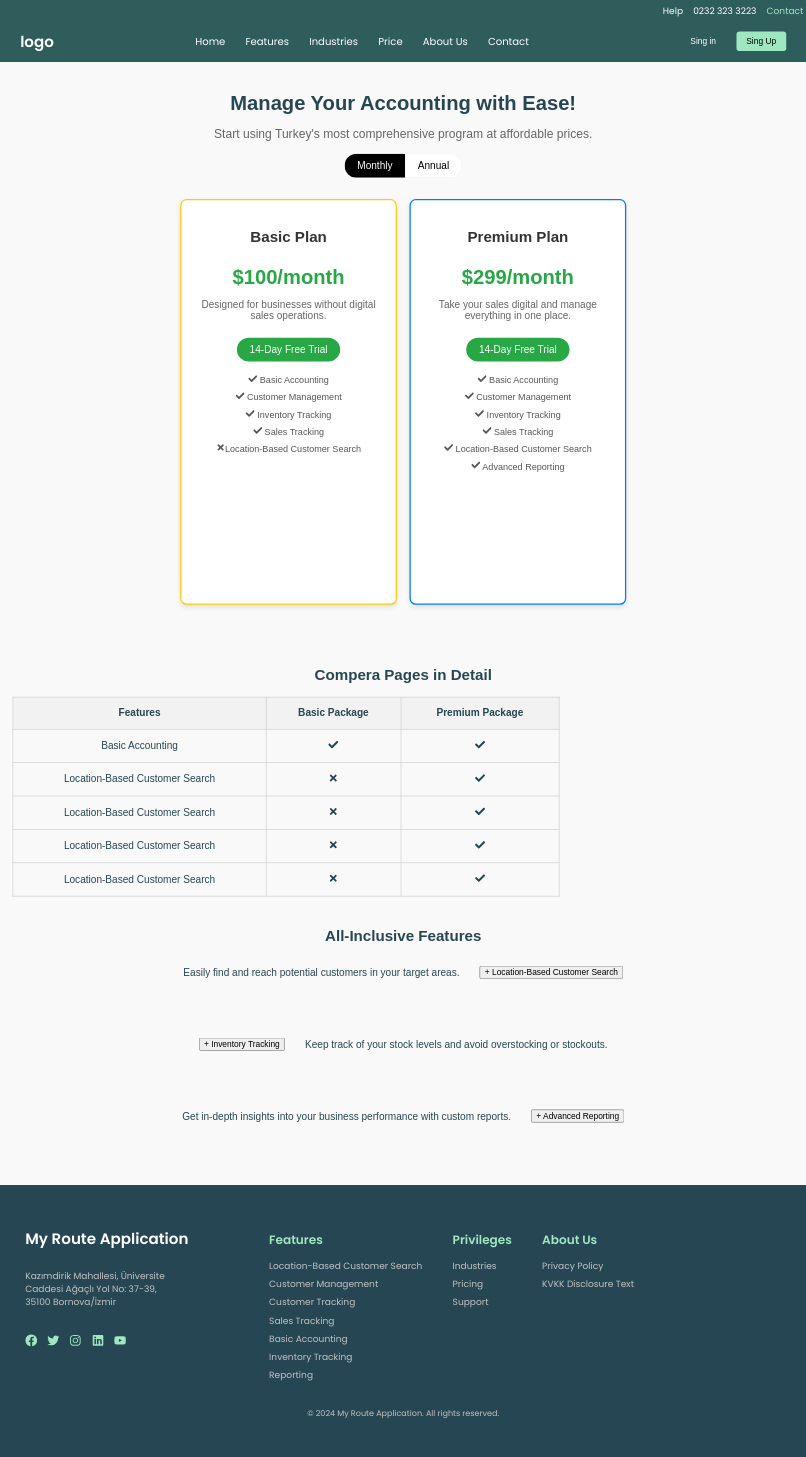
Repository: senolinanyasar/myrouteapplication
Page: /pricing
These files come from the project's save history. The page is drawn as it stood at one moment and after a run of saves; the edit follows.
The browser window is 1280 px wide. The pictures show the whole page, at 63% of full size.
The project was rebuilt for these pictures with package versions that can differ from the ones it lists, and the page was loaded fresh each time. Also part of the build but not shown: vite.config.js, src/components/HeroSection.css, src/components/HeroSection.js, src/components/FeaturesSection.js, src/components/PricingSection.css, src/components/PricingSection.js, src/components/SupportSection.css, src/components/SupportSection.js and 3 more.

Above is the page before, as saved 2024-11-16 21:44:40.

After the next 2 saves:
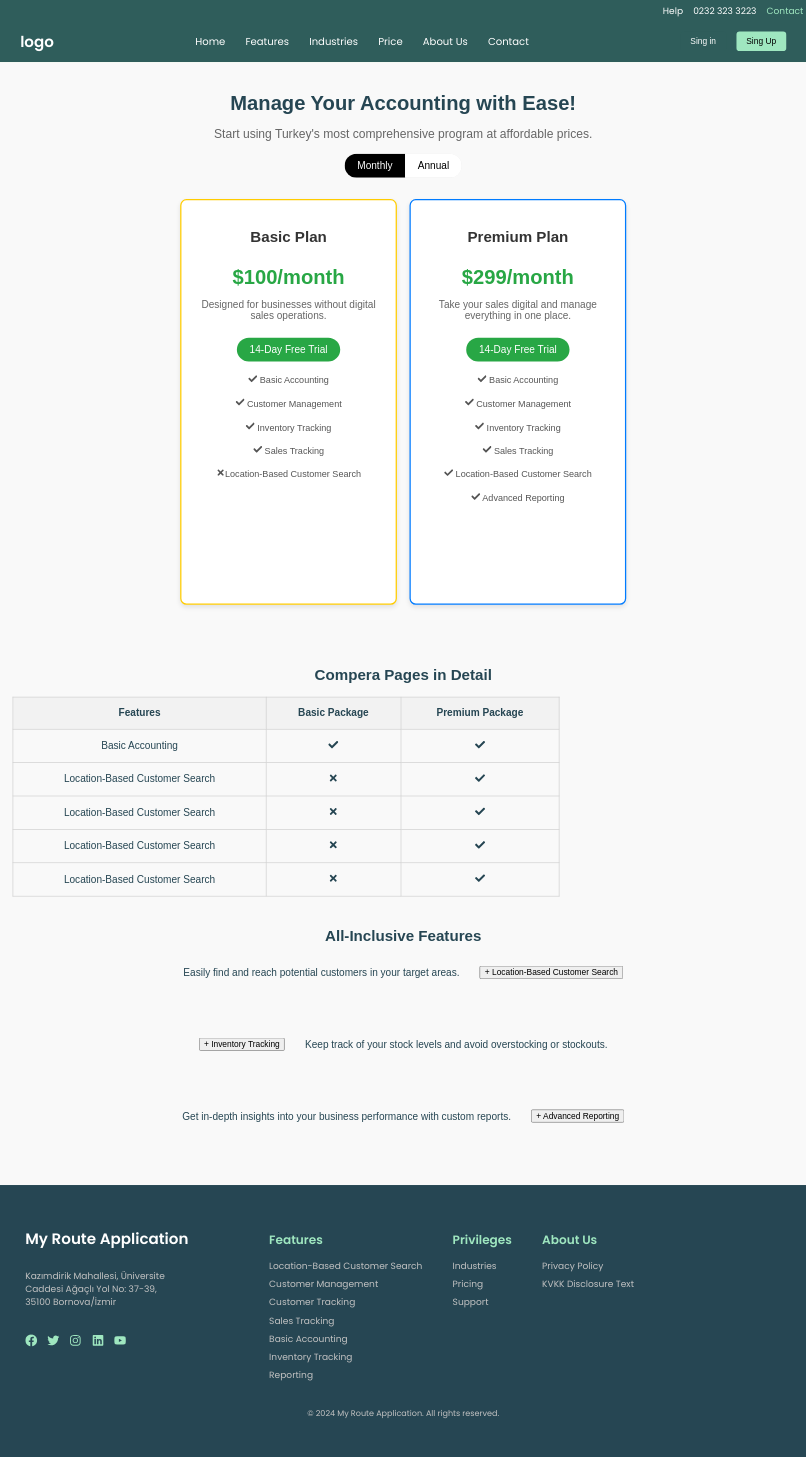
The 2 saves are shown as one change because they came seconds apart.
The last was saved 8 s later.
--- a/src/components/PricingPage.css
+++ b/src/components/PricingPage.css
@@ -100,7 +100,7 @@
 .plan ul li{
     color: #555;
     font-size: 0.9rem;
-    margin-bottom: 10px;
+    margin-bottom: 20px;
 }
 
 .try-button{
